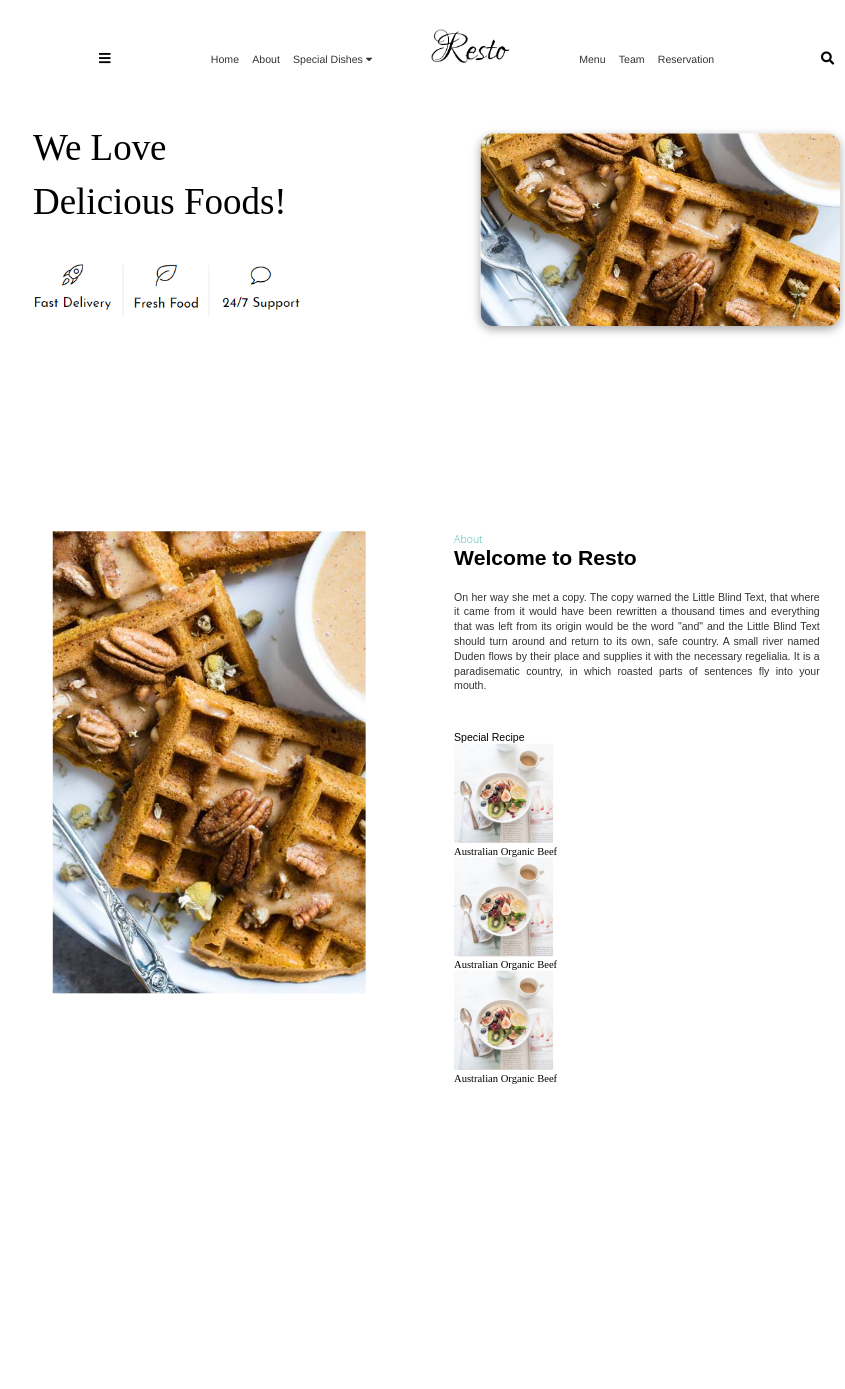
Repository: nguyenanhtuanHDU/myrestaurant
Page: index.html
An editor plug-in stored every save of this project. The page is shown before and after a run of saves, followed by the edit.
The browser window is 1280 px wide. The pictures show the whole page, at 66% of full size.

Above is the page before, as saved 2022-02-01 02:08:28.

After the next 2 saves:
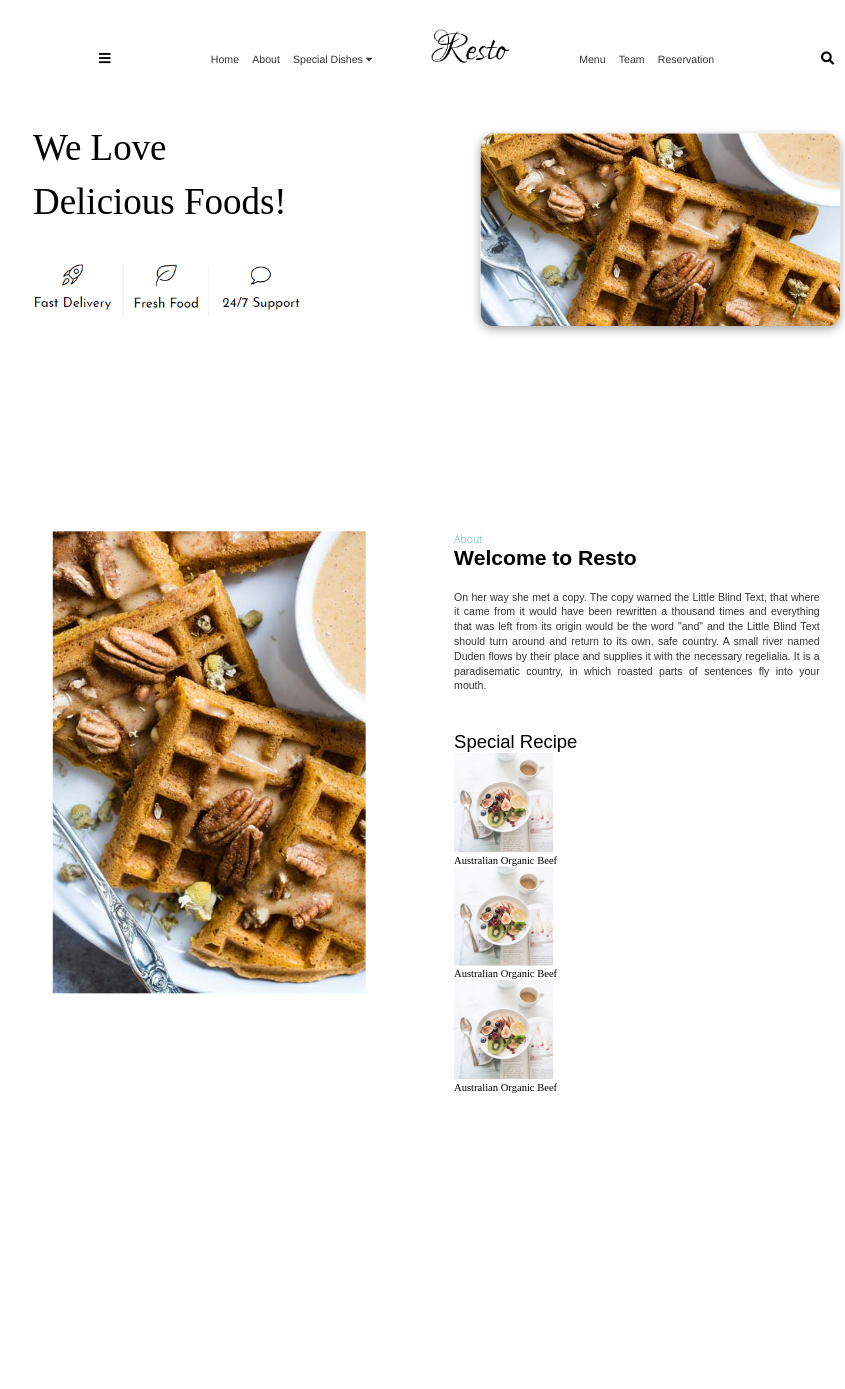
The 2 saves are shown as one change because they came seconds apart.
The last was saved 14 s later.
--- a/assets/style.css
+++ b/assets/style.css
@@ -234,7 +234,8 @@
 }
 .dish_title{
     font-family: 'Josefin Sans',sans-serif;
-    font-weight: 400
+    font-weight: 400;
+    font-size: 28px;
 }
 .dish_img{
     width: 150px;
